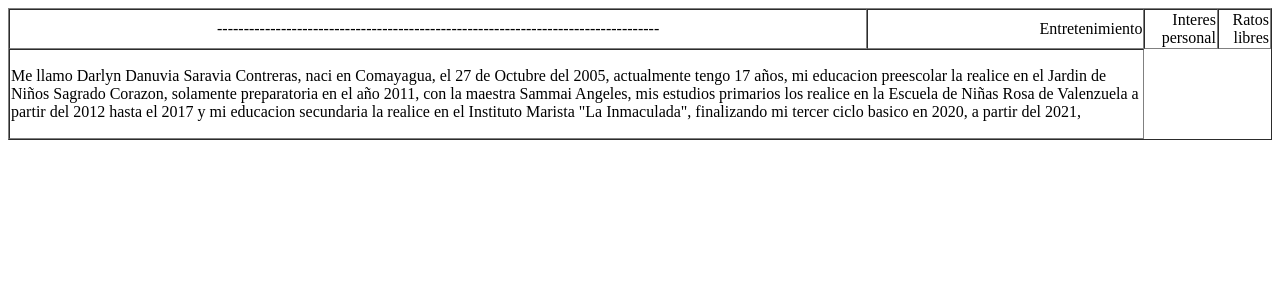
Repository: darlyn-saravia27/portafolio-darlynsaravia
Page: archivoshtml/tareas de html/index.html
An editor plug-in stored every save of this project. The page is shown before and after the next save, followed by the edit.
The browser window is 1280 px wide. The pictures show the whole page.

Above is the page before, as saved 2023-03-04 00:44:19.

### archivoshtml/tareas de html/index.html
<!DOCTYPE html>
<html lang="en">
<head>
    <meta charset="UTF-8">
    <meta http-equiv="X-UA-Compatible" content="IE=edge">
    <meta name="viewport" content="width=device-width, initial-scale=1.0">
    <title>Mi Portafolio Web</title>
</head>
<body>
    <table align="center" border="1" cellspacing="0" width="100%">
    <tr align="center">
        <td>-----------------------------------------------------------------------------------</td>
        <td align="right">Entretenimiento</td>
        <td align="right">Interes personal</td>
        <td align="right">Ratos libres</td>
    </tr>
    <tr>
        <td colspan="2">
            <p> Me llamo Darlyn Danuvia Saravia Contreras, naci en Comayagua,
                el 27 de Octubre del 2005, actualmente tengo 17 años, mi educacion preescolar la realice
                en el Jardin de Niños Sagrado Corazon, solamente preparatoria en el año 2011,
                con la maestra Sammai Angeles, mis estudios primarios los realice en la
                Escuela de Niñas Rosa de Valenzuela a partir del 2012 hasta el 2017 y mi
                educacion secundaria la realice en el Instituto Marista "La Inmaculada", finalizando
                mi tercer ciclo basico en 2020, a partir del 2021, </p> </td>
    </tr>
</body>
</html>

After the next save:
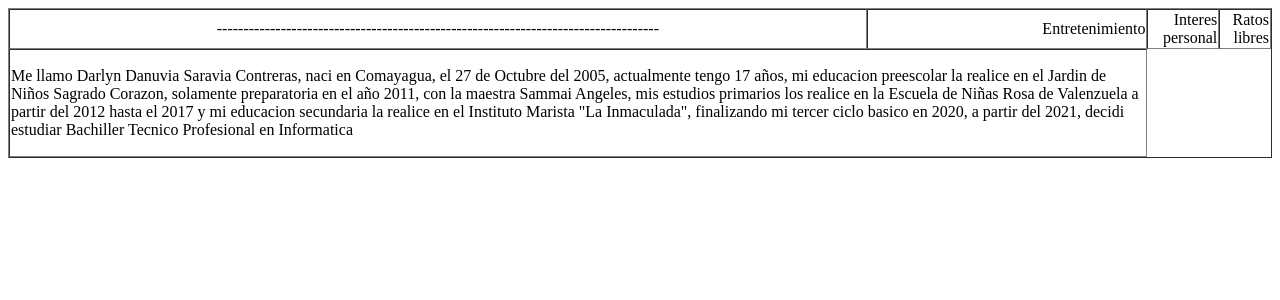
Saved 25 s later.
--- a/archivoshtml/tareas de html/index.html
+++ b/archivoshtml/tareas de html/index.html
@@ -22,7 +22,8 @@
                 con la maestra Sammai Angeles, mis estudios primarios los realice en la
                 Escuela de Niñas Rosa de Valenzuela a partir del 2012 hasta el 2017 y mi
                 educacion secundaria la realice en el Instituto Marista "La Inmaculada", finalizando
-                mi tercer ciclo basico en 2020, a partir del 2021, </p> </td>
+                mi tercer ciclo basico en 2020, a partir del 2021, decidi estudiar Bachiller
+                Tecnico Profesional en Informatica</p> </td>
     </tr>
 </body>
 </html>
